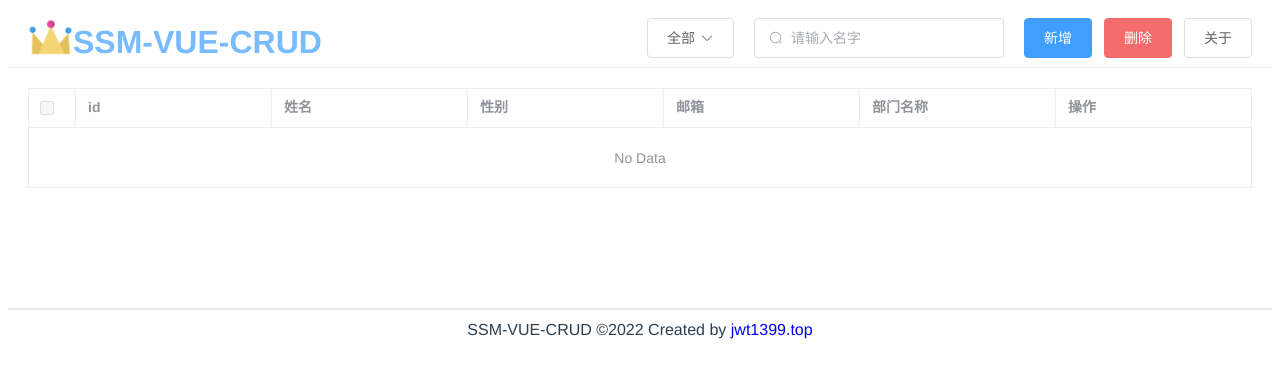
Repository: jwt1399/ssm-vue-crud
Page: / (app in ssm-crud-front/)
An editor plug-in stored every save of this project. The page is shown before and after a run of saves, followed by the edit.
The browser window is 1280 px wide. The pictures show the whole page.
The project was rebuilt for these pictures with package versions that can differ from the ones it lists, and the page was loaded fresh each time. Also part of the build but not shown: ssm-crud-front/vue.config.js.

Above is the page before, as saved 2022-06-09 12:51:14.

After the next 2 saves:
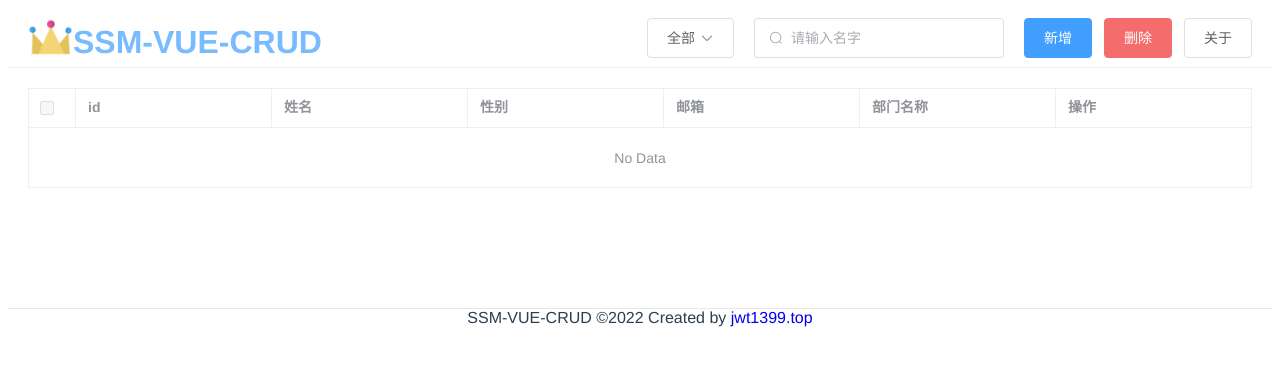
The 2 saves are shown as one change because they came seconds apart.
The last was saved 9 s later.
--- a/ssm-crud-front/src/components/Footer.vue
+++ b/ssm-crud-front/src/components/Footer.vue
@@ -19,8 +19,8 @@ export default{
      margin-top: 60px; /*等于footer的高度 */
     height: 60px;
     /* background: #79bbff; */
-    border-top:2px solid #E7E7E7;
-    line-height: 40px;
+    border-top:1px solid #E7E7E7;
+    /* line-height: 40px;  */
 
 
 }
